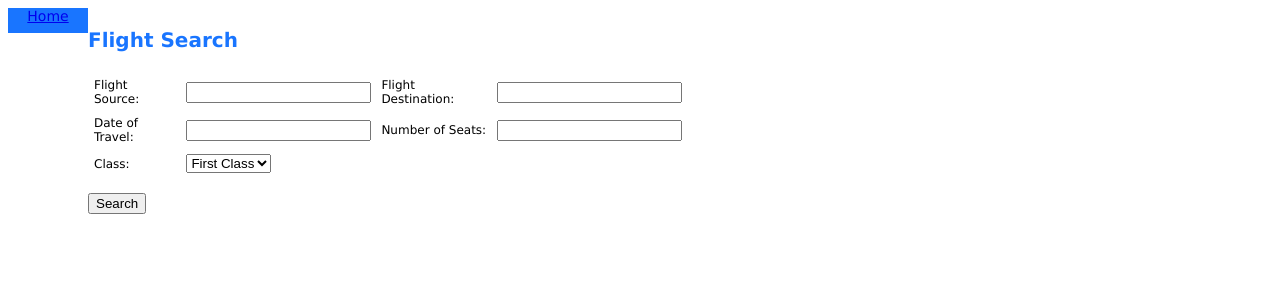
Repository: jliu9000/CSE-464---Flight-Pages
Page: http://localhost/HW1/FlightSearch.jsp
The author's editor kept a copy of each file at every save. The page is drawn from the files as they stood at one save, then again after the next save.
The browser window is 1280 px wide. The pictures show the whole page.
Some web libraries are served in a nearby version. The page is served by Tomcat 9. Other server files are loaded and not shown.

Above is the page before, as saved 2014-09-25 01:49:07.

### HW1/WebContent/FlightSearch.jsp
<%@ page language="java" contentType="text/html; charset=ISO-8859-1"
    pageEncoding="ISO-8859-1"%>
<!DOCTYPE html PUBLIC "-//W3C//DTD HTML 4.01 Transitional//EN" "http://www.w3.org/TR/html4/loose.dtd">
<html>
<head>
<script src="http://ajax.googleapis.com/ajax/libs/jquery/1.11.1/jquery.min.js"></script>
<meta http-equiv="Content-Type" content="text/html; charset=ISO-8859-1">
<link rel="stylesheet" type="text/css" href="CSS/FlightStyles.css">
<title>Flight Search</title>
</head>


<body>
	<div id='sidebar' class='sidebar'>
        <script>
            $("#sidebar").load("sidebar.html");
        </script>
	</div>
	<div class='main'>
		<p class="PageTitle">Flight Search</p>

		<form name="SearchFlights" action='FlightSearchResults.jsp' method=get>
			<table width=600>
				<tr>
					<TD>Flight Source:</td><td> <input type="text" name="sSource"></TD>
					<td>Flight Destination:</td><td>  <input type="text" name="sDestination"></td>
				</tr>
				<tr>
					<td>Date of Travel: </td><td> <input type="text" name="sDate"></td>
					<td>Number of Seats: </td><td> <input type="text" name="nSeats"></td>
				</tr>
				<tr>
					<td>Class:</td>
					<td>
						<select name="class">
						<option value="first">First Class</option>
						<option value="business">Business</option>
						<option value="economy">Economy</option>
						</select>
					</td>
				</tr>
			</table>
			<br>
			<input type="submit" value="Search">

		</form>

	</div>


</body>
</html>

### HW1/WebContent/CSS/FlightStyles.css
@CHARSET "ISO-8859-1";

body {
	font-family: "Verdana";
	font-size:12px;

}

div.sidebar {
	color:white;
	border-style:none;
	float:left;
	text-align:center;

}
div.main {
	float: left;
}

ul {
	font-size:14px;
	background-color:#1975FF;
	list-style-type: none;
	margin: 0;
    padding: 0;
	width: 80px;
	height: 25px;
}

a.sidebar {
	font-weight:bold;
	color:white;
	display: block;
}

a:visited {
	font-weight:bold;
    color:gray;
}


a:hover {
	font-weight:bold;
    color:red;
}

p {
    font-size: 12px;

}

p.PageTitle {
    font-size: 20px;
    color: #1975FF;
    font-weight: bold;
}

p.subheading {

	font-size: 16px;
	color: #5858DA;
}

p.message {
	color: red;
	text-align: center;
}

table {


}

th {
    background-color: #1975FF;
    color: white;
    padding: 4px;
    padding-left: 8px;
	padding-right: 8px;

}

tr {
}

tr.repeatalt {

	padding: 2px;
	padding-left: 5px;
	padding-right: 5px;
	background-color: #E6E6E6;

}

tr.repeat {
	padding: 2px;
	padding-left: 5px;
	padding-right: 5px;

}

td.button{
	text-align: center;
}

td{
	text-align: left;
	padding: 4px;

}

td.key{
	font-weight: bold;
}




#login {
    font-size:12px;
}

### HW1/WebContent/sidebar.html
<!DOCTYPE html PUBLIC "-//W3C//DTD HTML 4.01 Transitional//EN" "http://www.w3.org/TR/html4/loose.dtd">
<html>
<head>
<meta http-equiv="Content-Type" content="text/html; charset=ISO-8859-1">
<link rel="stylesheet" type="text/css" href="CSS/FlightStyles.css">



</head>
<body>



		<ul class="sidebar">
		  <li><a href="FlightSearch.jsp">Home</a></li>

		</ul>


</body>
</html>

After the next save:
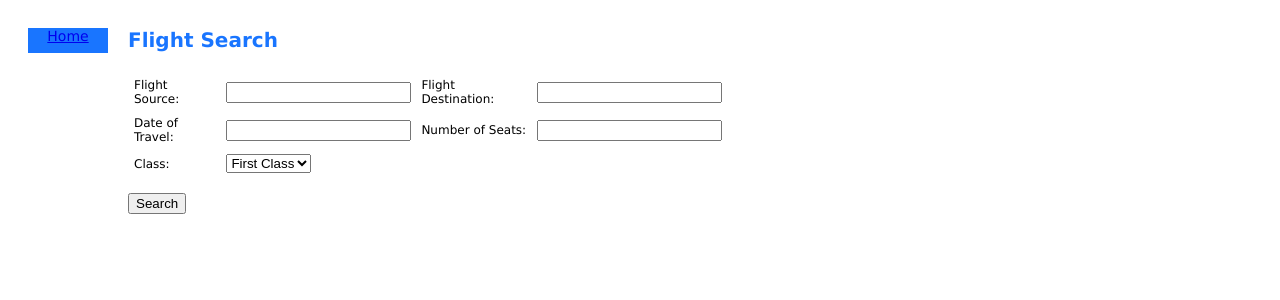
Saved 24 s later.
--- a/HW1/WebContent/CSS/FlightStyles.css
+++ b/HW1/WebContent/CSS/FlightStyles.css
@@ -11,7 +11,7 @@ div.sidebar {
 	border-style:none;
 	float:left;
 	text-align:center;
-
+	margin: 20px;
 }
 div.main {
 	float: left;
